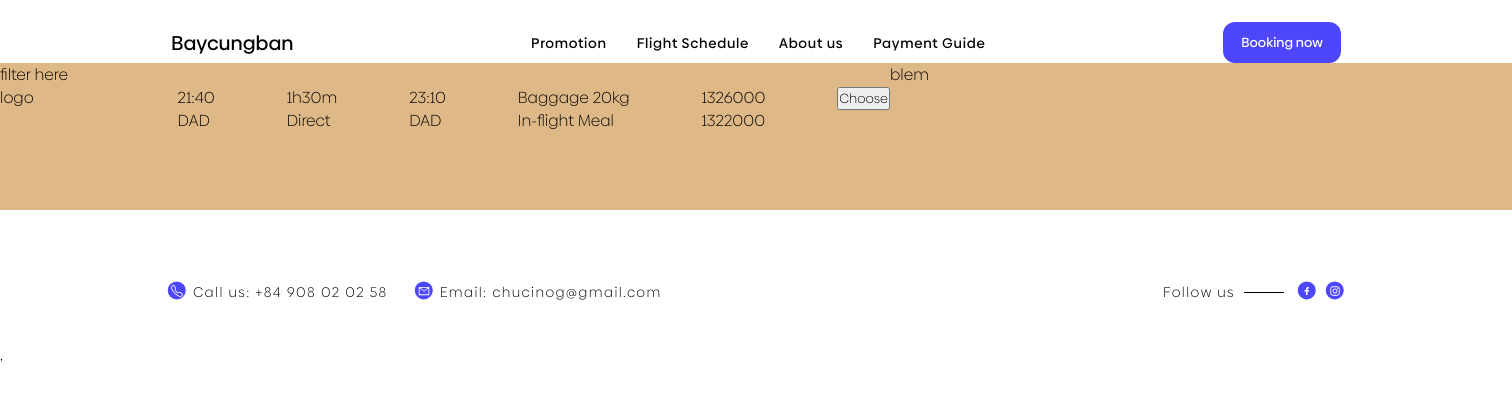
Repository: pinocoding/my-flying
Page: /list (app in my-flying/)
These files come from the project's save history. The page is drawn as it stood at one moment and after the next save; the edit follows.
The browser window is 1280 px wide. The page is 1512 px wide, so the pictures cover 1512 px, including what lies to the right of the window. The pictures show the whole page.
The project was rebuilt for these pictures with package versions that can differ from the ones it lists, and the page was loaded fresh each time. Also part of the build but not shown: my-flying/src/components/InDecreaBtn/InDecreaBtn.js, my-flying/src/components/TravelBooking/TravelBooking.css, my-flying/src/components/TravelBooking/TravelBooking.js, my-flying/src/components/home/Home.css, my-flying/src/components/home/Home.js. Imported but missing from the stored project, and not drawn on this page: my-flying/src/reportWebVitals.

Above is the page before, as saved 2022-09-09 16:54:22.

### my-flying/src/index.js
import React from "react";
import ReactDOM from "react-dom/client";
import "./index.css";
import App from "./App";
import reportWebVitals from "./reportWebVitals";
import "./font/SVN-Biennale/Biennale-Bold.otf";
const root = ReactDOM.createRoot(document.getElementById("root"));
root.render(
  <React.StrictMode>
    <App />
  </React.StrictMode>
);

// If you want to start measuring performance in your app, pass a function
// to log results (for example: reportWebVitals(console.log))
// or send to an analytics endpoint. Learn more: https://bit.ly/CRA-vitals
reportWebVitals();

### my-flying/src/index.css
@font-face {
  font-family: "SVN-Biennale";
  src: local("SVN-Biennale"),
    url("./font/SVN-Biennale/Biennale-Light.otf") format("opentype");

  font-weight: 400;
}

@font-face {
  font-family: "SVN-Biennale";
  src: local("SVN-Biennale"),
    url("./font/SVN-Biennale/Biennale-Medium.otf") format("opentype");

  font-weight: 600;
}

### my-flying/src/App.js
import React from "react";

import { render } from "react-dom";
import { BrowserRouter, Routes, Route } from "react-router-dom";
import Home from "../src/components/Home/Home";
import List from "./components/List/List";
import "./App.css";
function App() {
  return (
    <div className="App">
      <BrowserRouter>
        <Routes>
          <Route path="/" element={<Home />} />
          <Route path="/list" element={<List />} />
        </Routes>
      </BrowserRouter>
      ,
    </div>
  );
}

export default App;

### my-flying/src/components/List/List.js
import React from "react";
import Header from "../Header/Header";
import Footer from "../Footer/Footer";
import "./List.css";
import FlightInfor from "../FlightsInfor/FlightInfor";
function List() {
  return (
    <div className="list">
      <Header />

      <div className="list-container">
        <div className="list-infor">
          {" "}
          <div className="list-filter">filter here</div>
          <div className="list-row">
            <FlightInfor />
          </div>
        </div>

        <div className="list-userFlight">blem</div>
      </div>
      <Footer />
    </div>
  );
}

export default List;

### my-flying/src/App.css
* {
  box-sizing: border-box;
  margin: 0;
  padding: 0;
  scroll-behavior: smooth;
  font-family: "SVN-Biennale", Courier, monospace;
}
.App {
  width: 1512px;
  margin: 0 auto;
}

### my-flying/src/components/Header/Header.js
import React from "react";
import "./Header.css";

function Header() {
  return (
    <div className="header">
      <div className="header-logo">
        <div className="header-logo-name">Baycungban</div>
        {/* <div>img</div>
        <div>img</div> */}
      </div>

      <ul className="header-nav">
        <li>
          <a href="/#">Promotion</a>
        </li>
        <li>
          <a href="/flight-schedule">Flight Schedule</a>
        </li>
        <li>
          <a href="/#">About us</a>
        </li>
        <li>
          <a href="/#">Payment Guide</a>
        </li>
      </ul>

      <button className="header-booking">Booking now</button>
    </div>
  );
}

export default Header;

### my-flying/src/components/Footer/Footer.js
import React from "react";
import { BsTelephone } from "react-icons/bs";
import { AiOutlineMail, AiOutlineInstagram } from "react-icons/ai";
import { TiSocialFacebook } from "react-icons/ti";
import "./Footer.css";
function Footer() {
  return (
    <div className="footer">
      <ul>
        <li>
          <a href="/#" className="footer-link">
            <BsTelephone className="footer-icon" />
          </a>
          <span>Call us: +84 908 02 02 58</span>
        </li>

        <li>
          <a href="/#" className="footer-link">
            <AiOutlineMail className="footer-icon" />
          </a>
          <span>Email: chucinog@gmail.com</span>
        </li>
      </ul>

      <div>
        <span className="footer-follow">Follow us</span>
        <a href="/#" className="footer-link footer-facebook">
          <TiSocialFacebook className="footer-icon" />
        </a>
        <a href="/#" className="footer-link">
          <AiOutlineInstagram className="footer-icon" />
        </a>
      </div>
    </div>
  );
}

export default Footer;

### my-flying/src/components/List/List.css
.list-container {
  display: flex;

  background-color: burlywood;
  padding: ;
}

.list-row {
  width: 890px;
  height: 124px;
  border-radius: 12px;
}

### my-flying/src/components/FlightsInfor/FlightInfor.js
import React from "react";
import "./FlightInfor.css";

function FlightInfor() {
  return (
    <div className="flight-container">
      <ul>
        <li>logo</li>
        <li className="flight-name"></li>
        <li className="flight-time">
          <p>21:40</p>
          <p>DAD</p>
        </li>

        <li className="flight-direc">
          <p>1h30m</p>
          <p></p>
          <p>Direct</p>
        </li>
        <li className="flight-time">
          <p>23:10</p>
          <p>DAD</p>
        </li>

        <li className="flight-meal">
          <p>Baggage 20kg </p>
          <p>In-flight Meal </p>
        </li>

        <li className="flight-price">
          <p>1326000</p>
          <p>1322000</p>
        </li>
        <li className="flight-choose">
          <button>Choose</button>
        </li>
      </ul>
    </div>
  );
}

export default FlightInfor;

### my-flying/src/components/Header/Header.css
.header {
  display: flex;
  justify-content: space-between;
  text-align: center;
  padding: 22px 171px 0 171px;
}
.header-logo {
  display: flex;
}
.header-logo-name {
  font-weight: 600;
  font-size: 20px;
  align-items: center;
  display: flex;
}
.header-nav {
  display: flex;
  list-style: none;
  justify-content: space-between;
  gap: 0 30px;
  align-items: center;
}
.header-nav li a {
  color: rgba(0, 0, 0, 1);
  text-decoration: none;
  font-family: "SVN-Biennale";
  font-style: normal;
  font-weight: 600;
  font-size: 14px;
  line-height: 21px;

  text-align: center;
  letter-spacing: 0.05em;
}
.header-booking {
  background-color: rgba(77, 70, 250, 1);
  color: white;
  height: 41px;
  width: 118px;
  left: 1223px;
  top: 38px;
  border-radius: 12px;
  padding: 10px 16px 10px 16px;
  border: none;
  cursor: pointer;
  font-weight: 600;
}

### my-flying/src/components/Footer/Footer.css
.footer {
  display: flex;
  justify-content: space-between;
  text-align: center;
  width: 100%;
  padding: 70px 171px 40px 171px;
}
.footer ul {
  list-style: none;
  display: flex;
  gap: 0 30px;
}
.footer-link {
  position: relative;
}
.footer-icon {
  color: white;
  font-size: 12px;
}

.footer-link:after {
  content: "";
  position: absolute;
  top: 0;
  left: 0;
  width: 18px;
  height: 18px;
  border-radius: 50%;
  transform: translate(-18%, 8%);
  background-color: #4d46fa;

  z-index: -1;
}
.footer ul li span {
  padding-left: 10px;
  font-family: "SVN-Biennale";
  font-style: normal;
  font-weight: 400;
  font-size: 14px;
  line-height: 21px;
  /* identical to box height */

  letter-spacing: 0.1em;

  color: #000000;
}
.footer-follow {
  width: 72px;
  height: 21px;
  font-family: "SVN-Biennale";
  font-style: normal;
  font-weight: 400;
  font-size: 14px;
  line-height: 21px;
  /* identical to box height */

  letter-spacing: 0.1em;

  color: #000000;

  position: relative;
  margin-right: 50px;
}

.footer-follow:after {
  content: "";
  position: absolute;
  top: 50%;
  right: 0;
  width: 40px;
  height: 1px;
  left: 81px;
  background-color: black;

  z-index: -1;
}
.footer-facebook {
  margin: 0 16px 0 16px;
}

### my-flying/src/components/FlightsInfor/FlightInfor.css
.flight-container {
  width: 100%;
}

.flight-container ul {
  list-style: none;
  display: flex;
  justify-content: space-between;
}

After the next save:
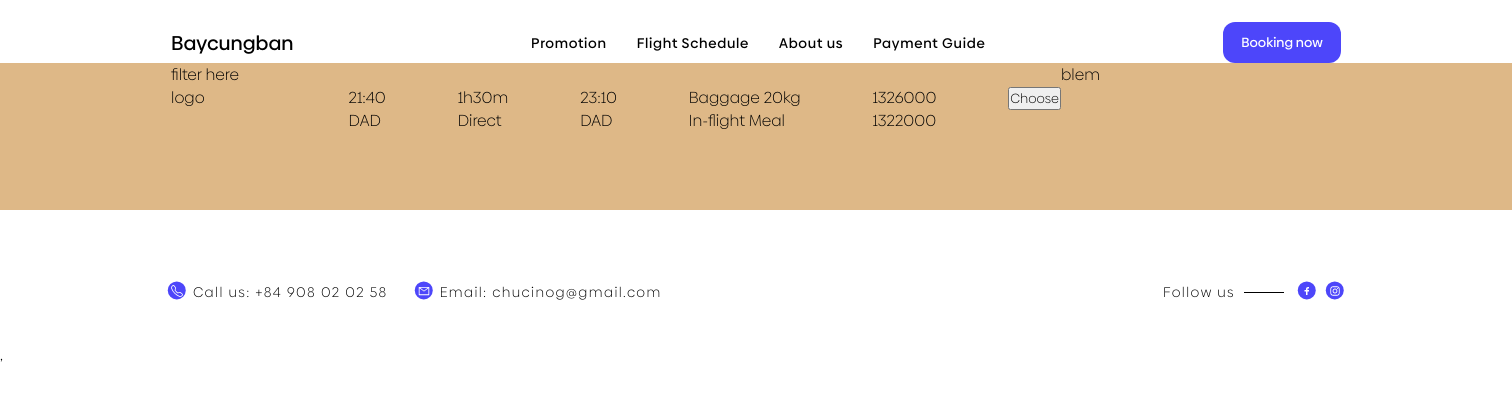
Saved 5 s later.
--- a/my-flying/src/components/List/List.css
+++ b/my-flying/src/components/List/List.css
@@ -2,7 +2,7 @@
   display: flex;
 
   background-color: burlywood;
-  padding: ;
+  padding: 0 171px 0 171px;
 }
 
 .list-row {
